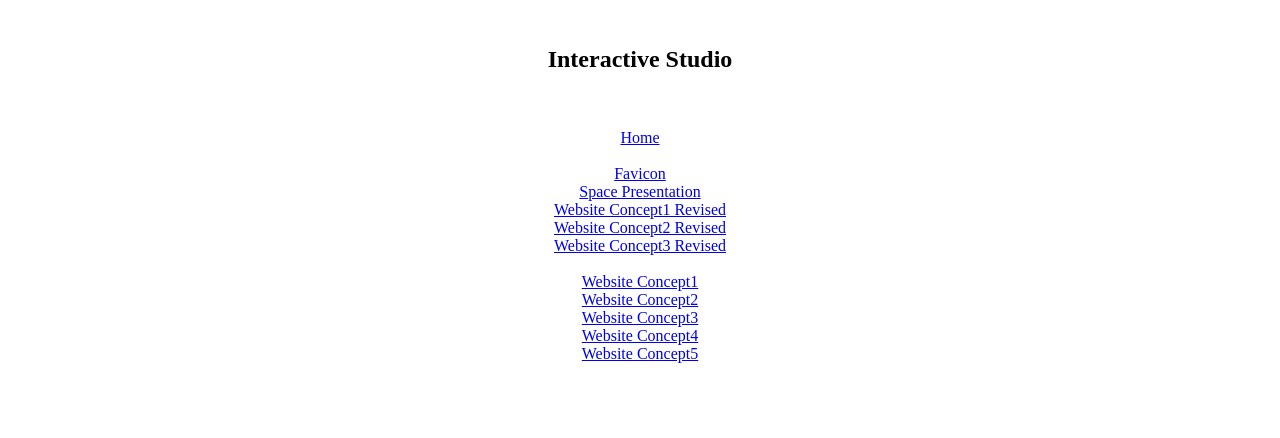
Repository: parkh899/parkh899.github.io
Page: studio/index.html
The author's editor kept a record of every edit. The page is drawn from the files as they stood at one moment, then again after the next edit.
The browser window is 1280 px wide. The pictures show the whole page.

Above is the page before.

### studio/index.html
<html>
    <head>

    </head>

    <body>
        <center>
            <br/>
            <h2>Interactive Studio</h2>
            <br/><br/>

            <a href= "../index.html">Home</a><br/><br/>
            <a href= "favicon.html">Favicon</a><br/>
            <a href= "space.pdf">Space Presentation</a><br/>
            <a href= "concept1rev.pdf">Website Concept1 Revised</a><br/>
            <a href= "concept2rev.pdf">Website Concept2 Revised</a><br/>
            <a href= "concept3rev.pdf">Website Concept3 Revised</a><br/><br/>
            <a href= "concept1.pdf">Website Concept1</a><br/>
            <a href= "concept2.pdf">Website Concept2</a><br/>
            <a href= "concept3.pdf">Website Concept3</a><br/>
            <a href= "concept4.pdf">Website Concept4</a><br/>
            <a href= "concept5.pdf">Website Concept5</a><br/>
        </center>
    </body>
</html>

After the next edit:
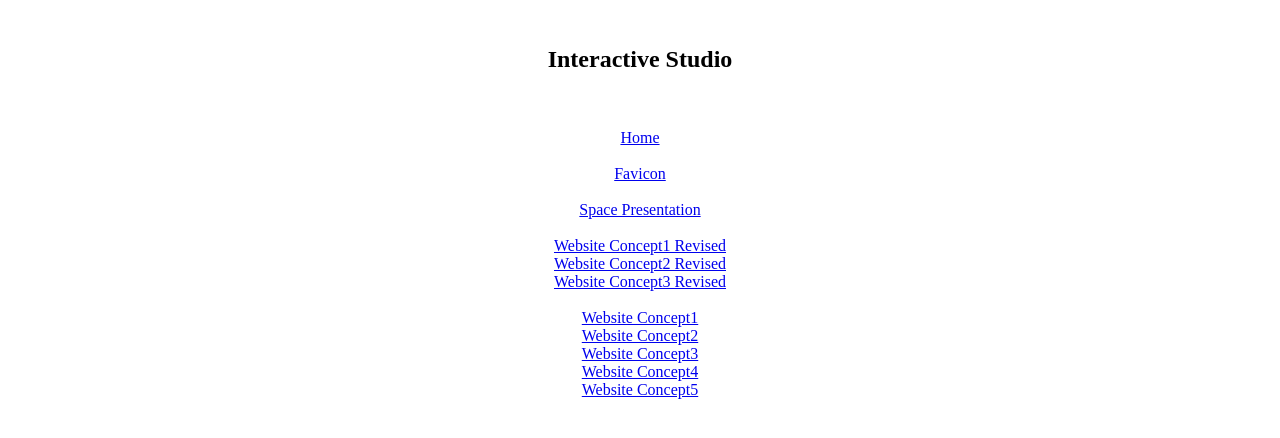
The edit:
--- a/studio/index.html
+++ b/studio/index.html
@@ -10,8 +10,8 @@
             <br/><br/>
 
             <a href= "../index.html">Home</a><br/><br/>
-            <a href= "favicon.html">Favicon</a><br/>
-            <a href= "space.pdf">Space Presentation</a><br/>
+            <a href= "favicon.html">Favicon</a><br/><br/>
+            <a href= "space.pdf">Space Presentation</a><br/><br/>
             <a href= "concept1rev.pdf">Website Concept1 Revised</a><br/>
             <a href= "concept2rev.pdf">Website Concept2 Revised</a><br/>
             <a href= "concept3rev.pdf">Website Concept3 Revised</a><br/><br/>
